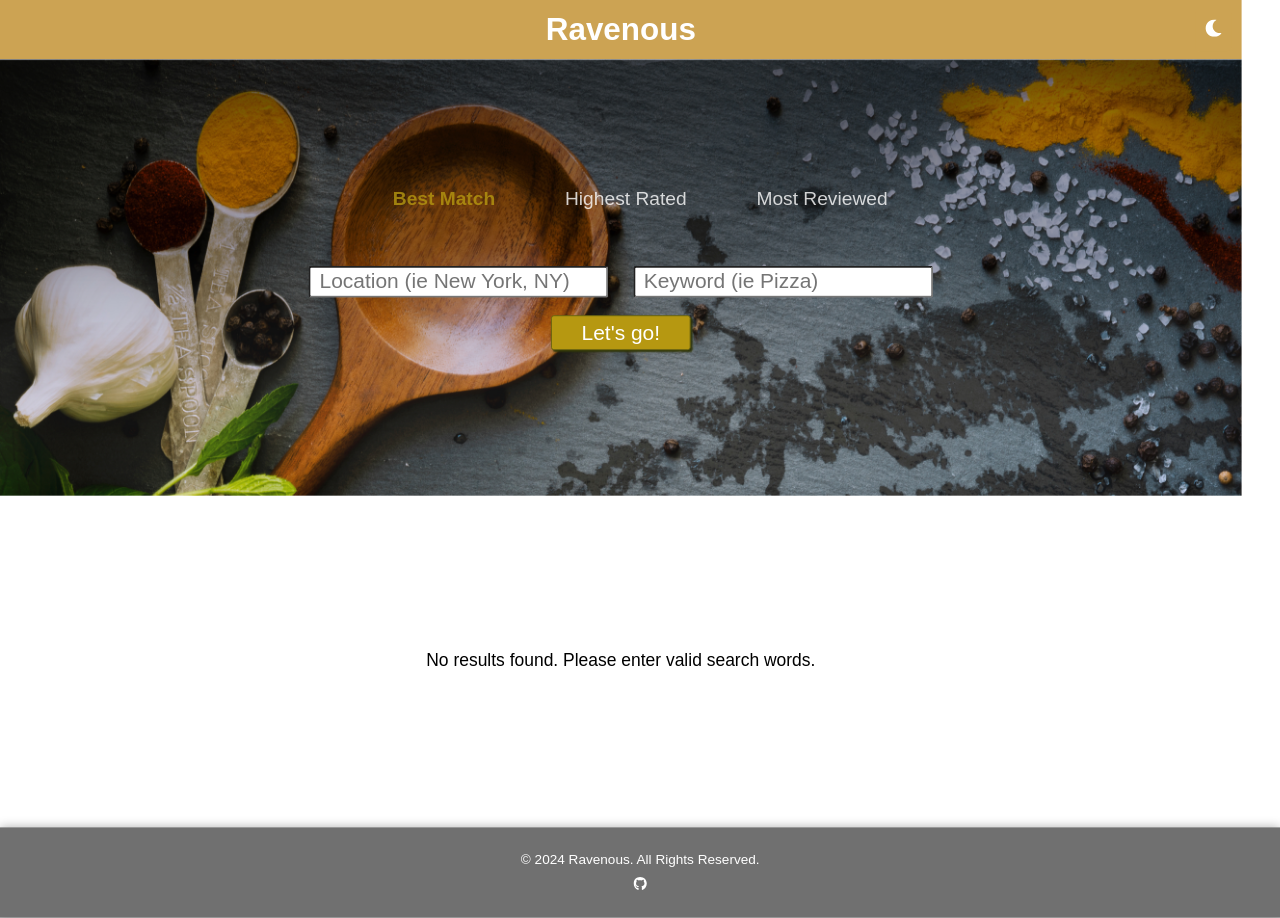
Repository: LolaSL/Ravenous
Page: /
The author's editor kept a copy of each file at every save. The page is drawn from the files as they stood at one save, then again after the next save.
The browser window is 1280 px wide. The page is 1320 px wide, so the pictures cover 1320 px, including what lies to the right of the window. The pictures show the whole page, at 97% of full size.
The page's requests for data from a server got no answer. The project was rebuilt for these pictures with package versions that can differ from the ones it lists, and the page was loaded fresh each time. No one was signed in, and anything a server would have sent is missing. Also part of the build but not shown: src/Business/Business.js.

Above is the page before, as saved 2024-03-24 13:06:22.

### src/App.js
import './App.css';
import React, { useState, useEffect } from 'react';
import BusinessList from './BusinessList/BusinessList';
import SearchBar from './SearchBar/SearchBar';
import getSuggestions from './utils/yelp';
import ThemeToggle from './ThemeToggle';
import Footer from './Footer/Footer';

function App() {
  const [businesses, setBusinesses] = useState([]);

  const searchYelp = async (keyword, location, sort) => {
    const suggestions = await getSuggestions(keyword, location, sort);
    setBusinesses(suggestions);
  };

  useEffect(() => {
    searchYelp("food", "US", "best_match");
  }, []);

  return (
    <div className="App">
      <header>
        <h1>Ravenous  <ThemeToggle /></h1>
      </header>
      <main>
        <SearchBar searchYelp={searchYelp} />
        <BusinessList businesses={businesses} />
      </main>
      <Footer />
    </div>
  );
};

export default App;

### src/App.css
/* Universal Styles */

html {
  font-size: 18px;
}

html,
body {
  margin: 0;
}

@media only screen and (max-width: 560px) {
  html {
    font-size: 15px;
  }
}

input:focus {
  outline: none;
}

/* App Styles */

.App {
  font-family: "Work Sans", sans-serif;
}

.App h1 {
  padding: 0.66rem 0;
  text-align: center;
  background-color: #cca353;
  font-family: Poppins, sans-serif;
  font-size: 1.8rem;
  color: #fff;
  margin: 0;
}
.theme-toggle {
  position: absolute;
  top: 0;
  right: 0;
  margin: 10px;
  padding: 10px;
  border: none;
  border-radius: 5px;
  background-color: #cca353;
  color: #fff;
  font-size: 1rem;
  font-weight: 550;
  letter-spacing: 1px;
  cursor: pointer;
}

### src/BusinessList/BusinessList.js
import React from 'react';
import './BusinessList.css';
import Business from '../Business/Business';

function BusinessList(prop) {
  if(!prop.businesses) {
    return (
      <div id="business-list">
        <p>No results found. Please enter valid search words.</p>
      </div>
    )
  }
  return (
    <div id="business-list">
      {prop.businesses?.map(business => {
        return <Business info={business} key={business.id}/>;
      })}
    </div>
  );
};

export default BusinessList;

### src/SearchBar/SearchBar.js
import React, { useState } from 'react';
import './SearchBar.css';

function SearchBar({ searchYelp }) {
    const [location, setLocation] = useState("US");
    const [keyword, setKeyword] = useState("restaurant");
    const [sort, setSort] = useState("best_match");

    const sortChoices = [
        { id: "best_match", choice: "Best Match" },
        { id: "rating", choice: "Highest Rated" },
        { id: "review_count", choice: "Most Reviewed" }
    ];

    const handleSortChange = (choice) => {
        setSort(choice);
    }

    const handleLocationChange = (event) => {
        let choice = event.target.value;
        if (!choice) {
            choice = "US";
        };
        setLocation(choice);
    };

    const handleKeywordChange = (event) => {
        let choice = event.target.value;
        if (!choice) {
            choice = "food";
        };
        setKeyword(choice);
    };

    const handleSubmit = (event) => {
        event.preventDefault();
        searchYelp(keyword, location, sort);
    };

    return (
        <div id="search-bar">
            <ul id="sort-options">
                {sortChoices.map((choice) => (
                    <li key={choice.id} value={choice.id} onClick={() => handleSortChange(choice.id)} className={sort === choice.id ? "active" : ""}>{choice.choice}</li>
                ))}
            </ul>
            <div id="user-input">
                <input className="search-input" id="location" onChange={handleLocationChange} placeholder="Location (ie New York, NY)" />
                <input className="search-input" id="keyword" onChange={handleKeywordChange} placeholder="Keyword (ie Pizza)" />
                <button id="submit" type="submit" onClick={handleSubmit}>Let's go!</button>
            </div>
        </div>
    );
};

export default SearchBar;

### src/utils/yelp.js
const apiKey = process.env.REACT_APP_API_KEY;
const cors = "https://cors-anywhere.herokuapp.com/";
const baseUrl = "https://api.yelp.com/v3";
const searchEndpoint = "/businesses/search";

const getSuggestions = async (keyword, location, sort) => {
  const endpoint = `${cors}${baseUrl}${searchEndpoint}?term=${keyword}&location=${location}&sort_by=${sort}`;

  try {
    const response = await fetch(endpoint,
      {
        headers: {
          Authorization: `Bearer ${apiKey}`
        }
      }
    );
    if (response.ok) {
      const jsonResponse = await response.json();
      const results = jsonResponse.businesses.map((business) => ({
        id: business.id,
        img: business.image_url,
        name: business.name,
        address: `${business.location.display_address[0]}, ${business.location.display_address[1]}`,
        category: business.categories[0].title,
        rating: business.rating,
        reviews: business.review_count
      }));
      return results;
    }
  }
  catch (error) {
    console.log(error);
  };
};
export default getSuggestions;

### src/ThemeToggle.js
import React from 'react';
import { FaSun, FaMoon } from 'react-icons/fa';

const ThemeToggle = () => {
  const [theme, setTheme] = React.useState('light');

  React.useEffect(() => {
    document.body.className = theme;
  }, [theme]);

  const toggleTheme = () => {
    if (theme === 'light') {
      setTheme('dark');
    } else {
      setTheme('light');
    }
  };

  return (
    <button className="theme-toggle" onClick={toggleTheme}>
      {theme === 'light' ? <FaMoon /> : <FaSun />}
    </button>
  );
};

export default ThemeToggle;

### src/Footer/Footer.js
import React from 'react';
import './Footer.css';
import { FaGithub } from 'react-icons/fa';

const Footer = () => {
  const year = new Date().getFullYear();

  return (
    <footer className="footer">
      <div className="container">
        <p className="text-center">
          © {year} Ravenous. All Rights Reserved.
        </p>
        <p className="text-center">


          <a
            href="https://github.com/LolaSL"
            target="_blank"
            rel="noopener noreferrer"
          >
            <FaGithub />
          </a>
        </p>
      </div>
    </footer>
  );
};

export default Footer;

### src/BusinessList/BusinessList.css
/* BusinessList.css */
#business-list {
  display: flex;
  box-sizing: border-box;
  width: 100%;
  min-height: 15rem;
  margin: 2rem auto;
  padding: 1rem 5rem;
  align-items: center;
  flex-wrap: wrap;
  justify-content: center;
  background-color: white;
}

### src/SearchBar/SearchBar.css
#search-bar {
  display: flex;
  flex-direction: column;
  justify-content: center;
  background-image: url("./background_search_desktop.jpg");
  background-size: cover;
  background-repeat: no-repeat;
  height: 25rem;
}

#sort-options {
  display: flex;
  justify-content: center;
  margin-bottom: 2.22rem;
  color: white;
}

#sort-options li {
  display: inline;
  margin: 0 2rem;
  color: white;
  font-size: 1.1rem;
  opacity: 80%;
  justify-content: center;
}

#sort-options li:hover {
  cursor: pointer;
  color: rgb(182, 152, 17);
}

.active {
  color: rgb(182, 152, 17) !important;
  font-weight: bold;
}

hr {
  margin: 1.5rem auto;
  width: 30%;
  opacity: 50%;
}

#user-input {
  margin: 1rem auto;
}

.search-input {
  margin: 0 0.7rem;
  font-size: 1.2rem;
  height: 1.2rem;
  padding: 0.2rem 0.5rem;
  border-radius: 3px;
}

#submit {
  display: block;
  width: 8rem;
  height: 2rem;
  margin: 1rem auto;
  color: white;
  background-color: rgb(182, 152, 17);
  border: 1px solid rgb(107, 101, 17);
  border-radius: 3px;
  font-size: 1.2rem;
  box-shadow: 2px 2px 2px rgb(47, 53, 10);
}

#submit:hover {
  cursor: pointer;
  background-color: rgb(81, 67, 2);
}

@media only screen and (max-width: 560px) {
  #search-bar {
    background-image: url("./background_search_mobile.jpg");
  }

  #sort-options li {
    display: block;
  }

  .search-input {
    margin-right: 0 auto;
    width: 70%;
    margin-bottom: 0.86rem;
  }
}

### src/Footer/Footer.css
/* Footer.css */

.footer {
    background-color: #707070;
    color: white;
    text-align: center;
    position: relative;
    left: 0;
    bottom: 0;
    width: 100%;
    padding: 20px;
    box-shadow: 0 0 10px rgba(0, 0, 0, 0.3);
  }

  .footer .container {
    display: flex;
    flex-direction: column;
    justify-content: center;
    align-items: center;
  }

  .footer a {
    color: white;
    text-decoration: none;
    font-weight: bold;
  }

  .footer a:hover {
    color: #ff9999;
  }

  .footer p {
    margin: 5px 0;
    font-size: 14px;
  }

### src/Business/Business.css
/* Business.css */
.restaurant-card {
  display: flex;
  flex-direction: column;
  justify-content: space-between;
  width: 16.66rem;
  margin: 0 0.5rem 2.3rem 0.5rem;
  box-shadow: 3px 1px 5px grey;
}

img {
  height: 16.66rem;
  margin-bottom: 1rem;
  display: flex;
  flex-direction: column;
  justify-content: center;
  overflow: hidden;
  background: #000;
  border-radius: 5px;
}
.image img {
  width: 100%;
}
.name {
  font-size: 1.2rem;
  font-weight: bold;
}

.category,
.rating {
  color: rgb(152, 97, 3);
  font-weight: bold;
}

.info {
  padding-bottom: 10px;
}

p {
  margin: 0;
}

Loaded but not shown: public/index.html (common file); src/index.js (common file); src/index.css (common file); src/reportWebVitals.js (common file)

After the next save:
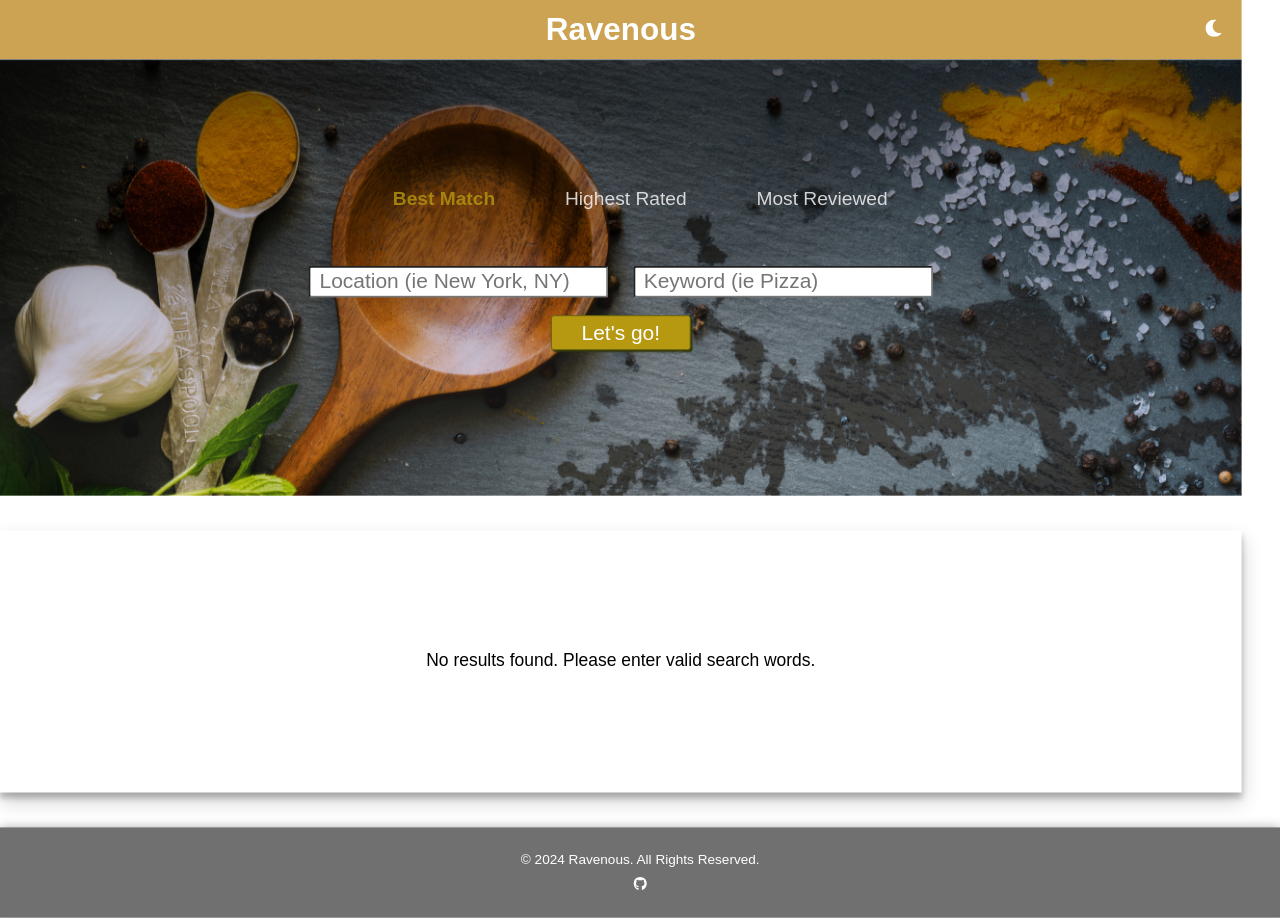
Saved 106 s later.
--- a/src/BusinessList/BusinessList.css
+++ b/src/BusinessList/BusinessList.css
@@ -10,4 +10,6 @@
   flex-wrap: wrap;
   justify-content: center;
   background-color: white;
+  box-shadow: 0px 10px 20px rgba(0, 0, 0, 0.19), 0px 6px 6px rgba(0, 0, 0, 0.23);
+  transition: all 0.3s cubic-bezier(0.25, 0.8, 0.25, 1);
 }

After the save that followed:
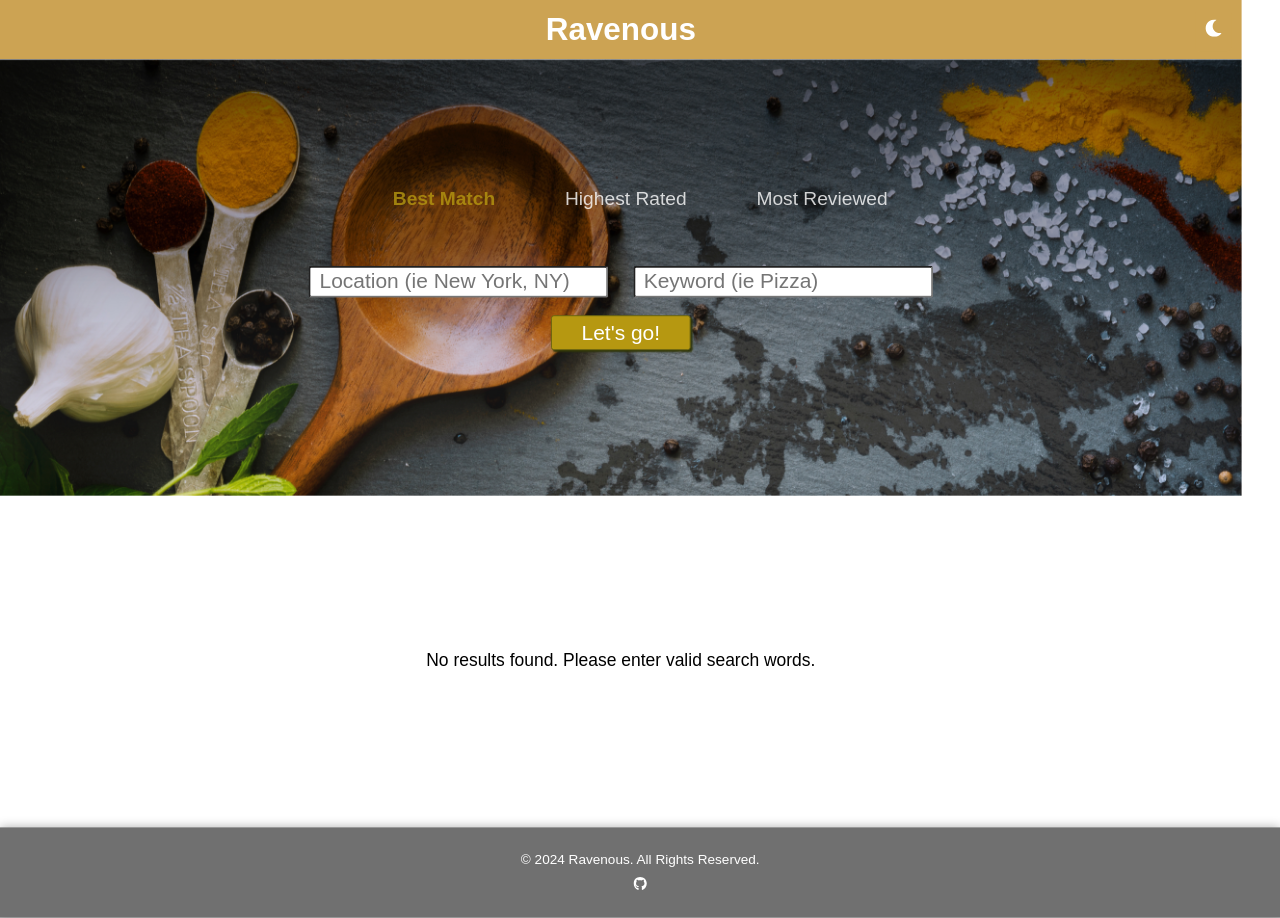
Saved 31 s later.
--- a/src/BusinessList/BusinessList.css
+++ b/src/BusinessList/BusinessList.css
@@ -10,6 +10,5 @@
   flex-wrap: wrap;
   justify-content: center;
   background-color: white;
-  box-shadow: 0px 10px 20px rgba(0, 0, 0, 0.19), 0px 6px 6px rgba(0, 0, 0, 0.23);
-  transition: all 0.3s cubic-bezier(0.25, 0.8, 0.25, 1);
+
 }
